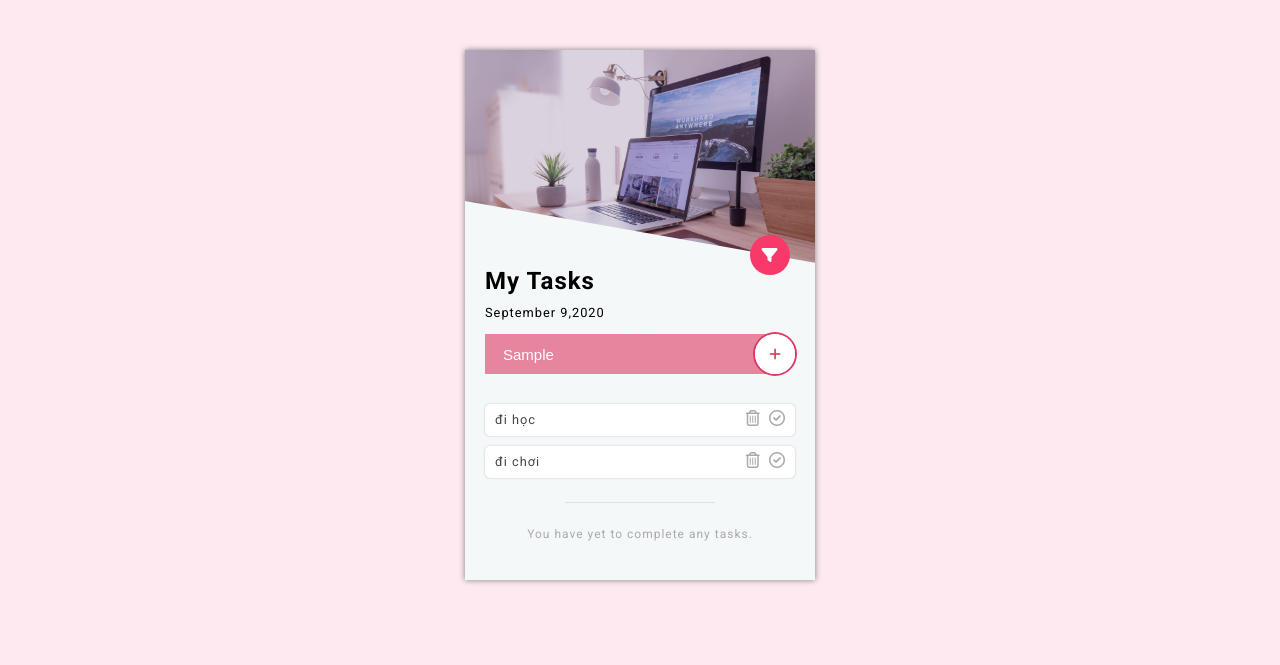
Repository: phongthanhh/JS-ToDoList
Page: index.html
The author's editor kept a copy of each file at every save. The page is drawn from the files as they stood at one save, then again after the next save.
The browser window is 1280 px wide. The pictures show the whole page.
Empty fields were first filled with sample values (such as "Sample", 5 or name@example.com).
After loading, the first visible `#addItem` was clicked once.

Above is the page before, as saved 2022-12-20 16:00:04.
Console error: ReferenceError: renderToDo is not defined

### index.html
<!DOCTYPE html>
<html lang="en">

<head>
    <meta charset="UTF-8">
    <meta name="viewport" content="width=device-width, initial-scale=1.0">
    <meta http-equiv="X-UA-Compatible" content="ie=edge">
    <title>Document</title>

    <link href="https://fonts.googleapis.com/css?family=Roboto:300,400,700&display=swap" rel="stylesheet">
    <link rel="stylesheet" href="https://cdnjs.cloudflare.com/ajax/libs/font-awesome/6.2.1/css/all.min.css" integrity="sha512-MV7K8+y+gLIBoVD59lQIYicR65iaqukzvf/nwasF0nqhPay5w/9lJmVM2hMDcnK1OnMGCdVK+iQrJ7lzPJQd1w==" crossorigin="anonymous" referrerpolicy="no-referrer" />

    <link rel="stylesheet" href="./css/style.css">
</head>

<body>

    <div class="card">
        <div class="card__header">
            <img src="./img/X2oObC4.png" />
        </div>
        <!-- <h2>hello!</h2> -->
        <div class="card__body">
            <div class="filter-btn">
                <a id="one" href="#"><i class="fa fa-check-circle"></i></a>
                <a id="two" href="#"><i class="fa fa-sort-alpha-down"></i></a>
                <a id="three" href="#"><i class="fa fa-sort-alpha-up"></i></a>
                <a id="all" href="#"><i class="fa fa-clock"></i></a>
                <span class="toggle-btn">
                    <i class="fa fa-filter"></i>
                    <i class="fa fa-times"></i>
                </span>
            </div>
            <div class="card__content">
                <div class="card__title">
                    <h2>My Tasks</h2>
                    <p>September 9,2020</p>

                </div>
                <div class="card__add">
                    <input id="newTask" type="text" placeholder="Enter an activity...">
                    <button id="addItem">
                        <i class="fa fa-plus"></i>
                    </button>
                </div>
                <div class="card__todo">
                    <!-- Uncompleted tasks -->
                    <ul class="todo" id="todo"></ul>
                    <!-- Completed tasks -->
                    <ul class="todo" id="completed"></ul>
                </div>

            </div>

        </div>


    </div>

    <script src="https://code.jquery.com/jquery-3.4.1.js"
        integrity="sha256-WpOohJOqMqqyKL9FccASB9O0KwACQJpFTUBLTYOVvVU=" crossorigin="anonymous"></script>

    <script>
        $(function () {
            $('.toggle-btn').click(function () {
                $('.filter-btn').toggleClass('open');

            });

            $('.filter-btn a').click(function () {
                $('.filter-btn').removeClass('open');

            });

        });
    </script>

    <!-- <script src="./js/ToDo.js"></script>
    <script src="./js/ToDoList.js"></script> -->
    <script type="module" src="./js/main.js"></script>




</body>

</html>

### css/style.css


body {
  font-family: 'Roboto', sans-serif;
  background-color: #FEE9F0;
  font-size: 16px;
}

*{
  margin: 0;
  padding: 0;
  box-sizing: border-box;
}

.card {
  margin: 50px auto;
  background-color: #f5f8f9;
  /* height: 430px; */
  width: 350px;
  box-shadow: 0 0 6px grey;
  overflow: hidden;
  line-height: 2rem;
  letter-spacing: 1px;
}


.card__header {
  height: 215px;
  overflow: hidden;
  position: relative;
}

.card__header img{
  width: 100%;
}

.card__header::after {
  content: '';
  position: absolute;
  left: 0;
  top: 0;
 width: 100%;
 height: 100%;
  background: rgba(71, 32, 84, 0.2);
}

.card__body{
  position: relative;
}
.card__body::before{
  content: '';
  position: absolute;
  top: -35px;
  left: -50px;
  background-color: #f5f8f9;
  height: 100px;
  width: 120%;
  display: block;
  transform: rotate(10deg);

}

.card__content{
  position: relative;
  padding: 0 20px;

}

.card__title p{
  font-size: 0.8rem;
}

/* Filler Button */
.filter-btn {
  position: absolute;
  z-index: 2;
  right: 0;
  width: 40px;
  height: 40px;
  transition: all 0.4s ease-in-out 0s;
}

.filter-btn span i{
  width: 40px;
  height: 40px;
  background: #FA396B;
  display: block;
  position: absolute;
  right: 25px;
  top: -30px;
  text-align: center;
  color: #fff;
  line-height: 40px;
  border-radius: 50%;
  font-size: 1rem;
  z-index: 999;
}
span.toggle-btn:hover{
      cursor: pointer;
}
.filter-btn a {
  position: absolute;
  width: 40px;
  height: 40px;
  line-height: 40px;
  text-align: center;
  right: 25px;
  display: block;
  top: -30px;
  color: #fff;
  z-index: 99;
  font-size: 1.2rem;
  transition: all .4s cubic-bezier(.68, 1, .265, 1)
}

.filter-btn:after {
  height: 150px;
    width: 150px;
    content: '';
    background-color: #FA396B;
    position: absolute;
    top: -86px;
    right: -35px;
    border-radius: 50%;
    transform: scale(0);
    transition: all 0.3s ease-in-out 0s;
}

.filter-btn.open span.toggle-btn i{
  background-color: #DE3963;
}

.filter-btn .fa-times {
  display: none;
}

.filter-btn .fa-filter {
  display: block;
}

.filter-btn.open .fa-times {
  display: block;
}

.filter-btn.open .fa-filter {
  display: none;
}

.open:after {
  transform: scale(1);
}

.filter-btn.open a:nth-child(1) {
  transform: translate(9px, -48px);
}

.filter-btn.open a:nth-child(2) {
  transform: translate(-42px, -26px);
}

.filter-btn.open a:nth-child(3) {
  transform: translate(-39px, 29px);
}

.filter-btn.open a:nth-child(4) {
  transform: translate(6px, 52px);
}

/* Add */
.card__add{

    /* background: #DE3963; */
    display: flex;
  position: relative;

  margin-top: 5px;
}
.card__add input {
  width: 100%;
    height: 40px;
    /* float: left; */
    color: #fff;
    font-size: 15px;
    font-weight: 400;
    text-indent: 18px;
    /* padding: 0 60px 0 0; */
    background: rgba(222, 57, 99, 0.6);
    /* border-radius: 3px; */
    border-top-right-radius: 25px;
    border-bottom-right-radius: 25px;
    border: 0px;
    box-shadow: none;
    outline: none;

}

.card__add input::placeholder{
  color: #fff;
}

.card__add button{

  border: none;
  border-radius: 50%;
  position: absolute;
  top:0;
  right: 0;
  /* width: 40px;
  height: 40px; */
  box-shadow: 0 0 0 2px rgba(222, 57, 99);
  cursor: pointer;
  outline: none;
}
.card__add i{
  width: 40px;
  height: 40px;
  border-radius: 25px;
  background: #fff;
  line-height: 40px;
  color: #DE3963;

}

/* Todo list */
ul.todo {
  list-style: none;

}
ul.todo li {
  display: flex;
  justify-content: space-between;
  width: 100%;
  min-height: 30px;
  font-size: 0.8rem;
  font-weight: 500;
  color: #444;
  background: #fff;
  border-radius: 5px;
  box-shadow: 0px 0px 2px rgba(44, 62, 80, 0.3);
  margin: 0 0 10px 0;
  padding: 0 10px;
  word-break: break-word;
}

ul.todo#todo{
  padding-top: 30px;
}
ul.todo#completed {
  position: relative;
  padding: 30px 0;
}

ul.todo#completed:before {
  content: '';
  width: 150px;
  height: 1px;
  background: #d8e5e0;

  position: absolute;
  top: 14px;
  left: 50%;

  margin: 0 0 0 -75px;
}

ul.todo#todo:empty:after {
  content: 'You have nothing to-do!';
  margin: 15px 0 0 0;
}

ul.todo#completed:empty:after {
  content: 'You have yet to complete any tasks.';
}


ul.todo#todo:after,
ul.todo#completed:after {
  width: 100%;
  display: block;
  text-align: center;
  font-size: 12px;
  color: #aaa;
}

ul.todo li .buttons button {
  background: none;
  border: 0px;
  box-shadow: none;
  outline: none;
  cursor: pointer;
  position: relative;
  padding: 5px 0 5px 5px;
  font-size: 1rem;
}
ul.todo li .buttons .remove{
  color: #aaa;
}
ul.todo li .buttons .remove:hover{
  color: #FA396B;
}

ul.todo li .buttons .complete{
  color: #aaa;

}

ul.todo li .buttons .complete:hover{
  color: #25b99a;
}

ul.todo#todo li .buttons .complete .fas{
  display: none;
}

ul.todo#todo li .buttons .complete .far{
  display: block;
}

ul.todo#completed li .buttons .complete .fas{
  display: block;
  color: #25b99a;
}

ul.todo#completed li .buttons .complete .far{
  display: none;
}

ul.todo#completed span{
  color: #25b99a;
}

/* .toDoButton button{
  border: none;
  background: transparent;
  cursor: pointer;
}
.toDoButton button i{
  font-size: 1rem;
  color: rgb(152, 150, 150);
}
.toDoButton .btn-del:hover i {
color: #FA396B;
}
.toDoButton .btn-check:hover i {
  color: rgb(19, 170, 19);
  } */

### js/main.js
import ToDoList from "./ToDoList.js";

let ToDoListMain = new ToDoList();

const getArr = () => {
    ToDoListMain.renderToDo()
    ToDoListMain.addToDo()
}
getArr()

### js/ToDoList.js
import ToDo from "./ToDo.js";

const getEl = id => document.getElementById(id);

export default class TodoList extends ToDo {

    ToDoArray = [
        {
            id: 1,
            content: 'đi học',
            status: '1'
        },
        {
            id: 2,
            content: 'đi chơi',
            status: '1'
        }
    ]

    renderToDo = () => {
        let getToDo = getEl('todo')
        let contentTodO = ''
        this.ToDoArray.map((item, index) => {
            contentTodO += `
                <li>${item.content}
                    <div class='buttons' >
                        <button class='remove'> <i class="fa-regular fa-trash-can"></i></button>
                        <button class='complete'> <i class="fa-regular fa-circle-check"></i></button>
                   </div>
                </li>
            `
        })
        getToDo.innerHTML = contentTodO
    }
    addToDo = (ToDoObj) => {
        const getAddTodO = getEl('addItem')
        getAddTodO.onclick = () => {
            let valueNewTask = getEl('newTask').value
            if (valueNewTask) {
                this.ToDoArray.push(valueNewTask)
                renderToDo()
            }
        }

    }

}

### js/ToDo.js
class ToDo {
    constructor(id, content, status) {
        this.id = id,
            this.content = content,
            this.status = status
    }
}
export default ToDo

After the next save:
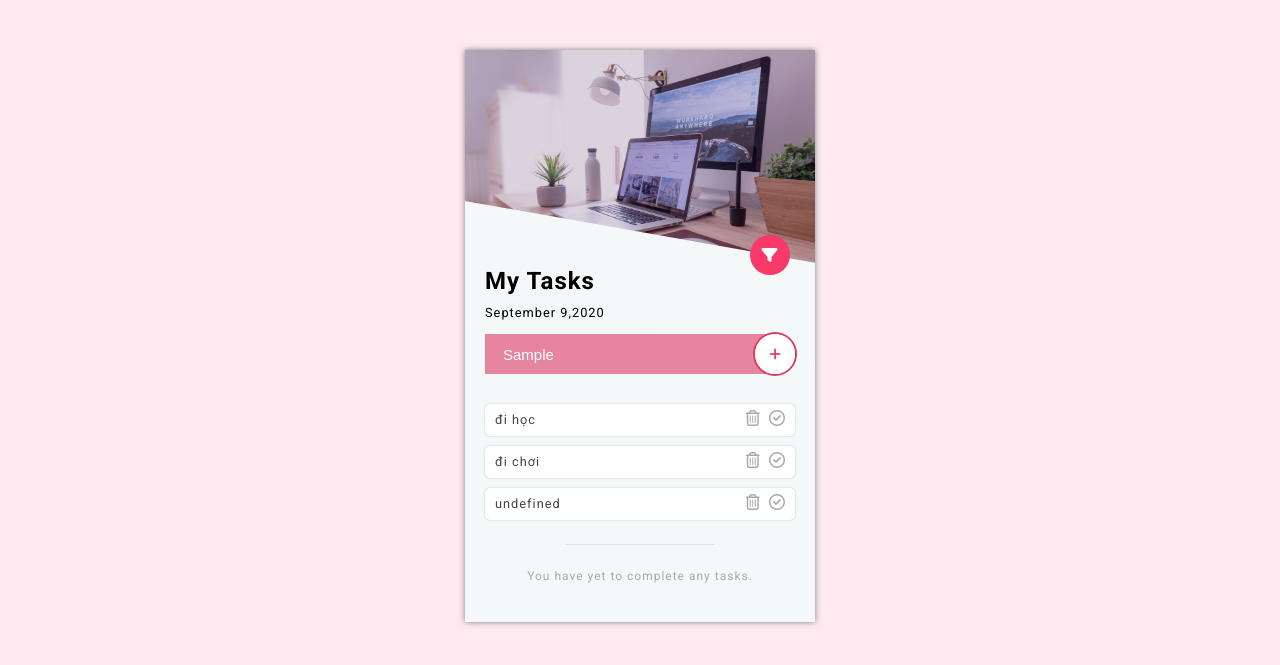
The error is gone.
Saved 9 s later.
--- a/js/ToDoList.js
+++ b/js/ToDoList.js
@@ -38,7 +38,7 @@ export default class TodoList extends ToDo {
             let valueNewTask = getEl('newTask').value
             if (valueNewTask) {
                 this.ToDoArray.push(valueNewTask)
-                renderToDo()
+                this.renderToDo()
             }
         }
 
